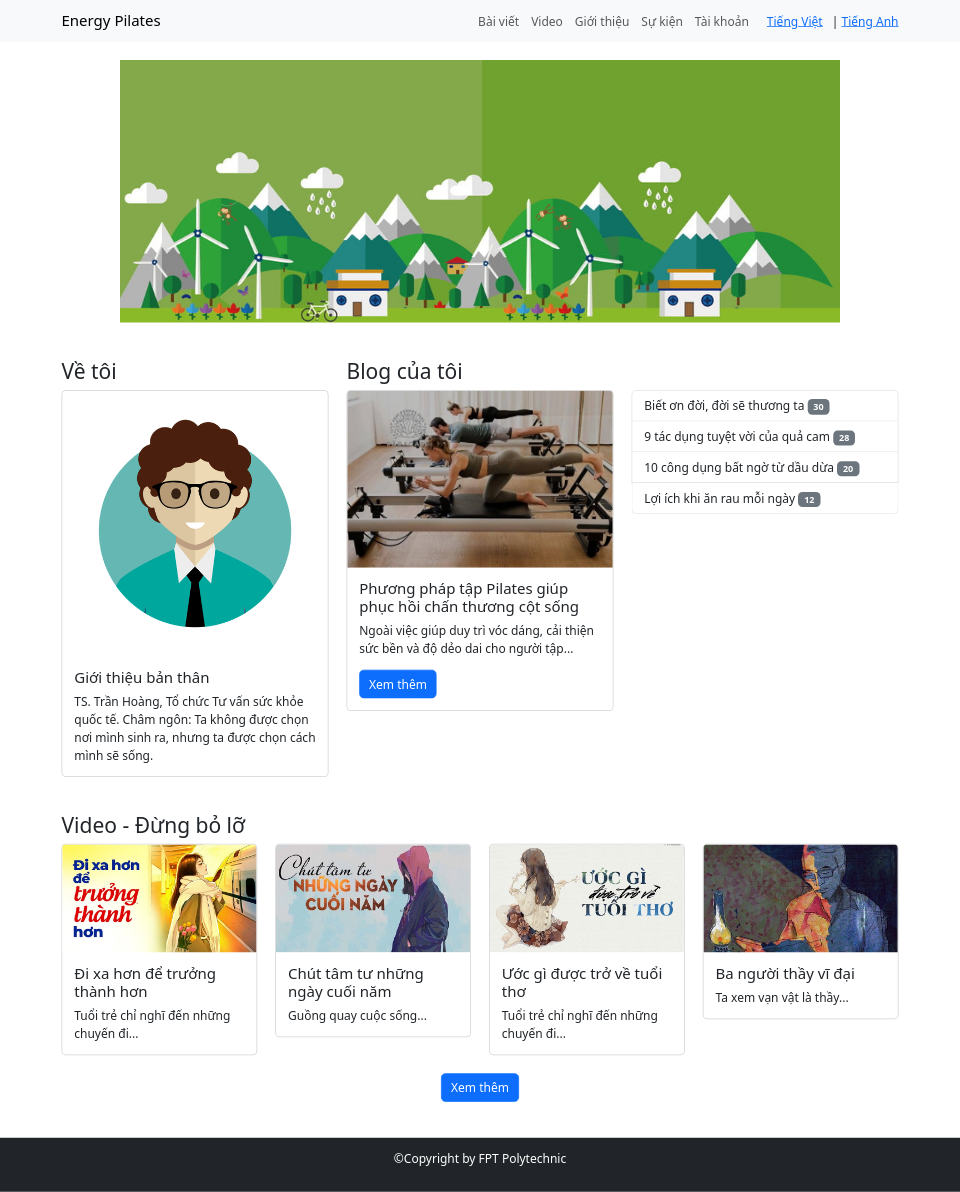
Repository: KizukoHeiwa/SOF308
Page: Lab3/index.html
The author's editor kept a copy of each file at every save. The page is drawn from the files as they stood at one save, then again after the next save.
The browser window is 1280 px wide. The pictures show the whole page, at 75% of full size.

Above is the page before, as saved 2024-11-07 11:09:17.

### Lab3/index.html
<!DOCTYPE html>
<html lang="en">
<head>
    <meta charset="UTF-8">
    <meta name="viewport" content="width=device-width, initial-scale=1.0">
    <title>FPT Polytechnic</title>
</head>
<link href="https://cdn.jsdelivr.net/npm/bootstrap@5.3.3/dist/css/bootstrap.min.css" rel="stylesheet">
<link rel="stylesheet" href="https://cdnjs.cloudflare.com/ajax/libs/font-awesome/6.0.0-beta3/css/all.min.css">
<script src="https://cdn.jsdelivr.net/npm/bootstrap@5.3.3/dist/js/bootstrap.bundle.min.js"></script>
<body>

    <!-- Navbar -->
    <nav class="navbar navbar-expand-lg navbar-light bg-light">
      <div class="container">
        <a class="navbar-brand" href="#">Energy Pilates</a>
        <button class="navbar-toggler" type="button" data-bs-toggle="collapse" data-bs-target="#navbarNav" aria-controls="navbarNav" aria-expanded="false" aria-label="Toggle navigation">
          <span class="navbar-toggler-icon"></span>
        </button>
        <div class="collapse navbar-collapse" id="navbarNav">
          <ul class="navbar-nav ms-auto">
            <li class="nav-item"><a class="nav-link" href="#">Bài viết</a></li>
            <li class="nav-item"><a class="nav-link" href="#">Video</a></li>
            <li class="nav-item"><a class="nav-link" href="#">Giới thiệu</a></li>
            <li class="nav-item"><a class="nav-link" href="#">Sự kiện</a></li>
            <li class="nav-item"><a class="nav-link" href="#">Tài khoản</a></li>
          </ul>
          <div class="ms-3">
            <a href="#" class="me-2">Tiếng Việt</a> | <a href="#">Tiếng Anh</a>
          </div>
        </div>
      </div>
    </nav>

    <!-- Banner -->
    <div class="container mt-4">
      <div class="row">
        <div class="col text-center">
          <img src="images/banner1.jpg" alt="Banner" class="img-fluid" style="max-height: 400px;">
        </div>
      </div>
    </div>

    <!-- About and Blog Section -->
    <div class="container my-5">
      <div class="row">
        <div class="col-md-4">
          <h3>Về tôi</h3>
          <div class="card">
            <img src="images/avatar.png" class="card-img-top" alt="Giới thiệu bản thân">
            <div class="card-body">
              <h5 class="card-title">Giới thiệu bản thân</h5>
              <p class="card-text">TS. Trần Hoàng, Tổ chức Tư vấn sức khỏe quốc tế. Châm ngôn: Ta không được chọn nơi mình sinh ra, nhưng ta được chọn cách mình sẽ sống.</p>
            </div>
          </div>
        </div>

        <div class="col-md-8">
          <h3>Blog của tôi</h3>
          <div class="row">
            <div class="col-md-6">
              <div class="card mb-3">
                <img src="images/tap-piltes.jpg" class="card-img-top" alt="Blog">
                <div class="card-body">
                  <h5 class="card-title">Phương pháp tập Pilates giúp phục hồi chấn thương cột sống</h5>
                  <p class="card-text">Ngoài việc giúp duy trì vóc dáng, cải thiện sức bền và độ dẻo dai cho người tập...</p>
                  <a href="#" class="btn btn-primary">Xem thêm</a>
                </div>
              </div>
            </div>
            <div class="col-md-6">
              <ul class="list-group">
                <li class="list-group-item">Biết ơn đời, đời sẽ thương ta <span class="badge bg-secondary">30</span></li>
                <li class="list-group-item">9 tác dụng tuyệt vời của quả cam <span class="badge bg-secondary">28</span></li>
                <li class="list-group-item">10 công dụng bất ngờ từ dầu dừa <span class="badge bg-secondary">20</span></li>
                <li class="list-group-item">Lợi ích khi ăn rau mỗi ngày <span class="badge bg-secondary">12</span></li>
              </ul>
            </div>
          </div>
        </div>
      </div>
    </div>

    <!-- Video Section -->
    <div class="container my-5">
      <h3>Video - Đừng bỏ lỡ</h3>
      <div class="row">
        <div class="col-md-3">
          <div class="card">
            <img src="images/video1.jpg" class="card-img-top" alt="Video 1">
            <div class="card-body">
              <h5 class="card-title">Đi xa hơn để trưởng thành hơn</h5>
              <p class="card-text">Tuổi trẻ chỉ nghĩ đến những chuyến đi...</p>
            </div>
          </div>
        </div>
        <div class="col-md-3">
          <div class="card">
            <img src="images/video2.jpg" class="card-img-top" alt="Video 2">
            <div class="card-body">
              <h5 class="card-title">Chút tâm tư những ngày cuối năm</h5>
              <p class="card-text">Guồng quay cuộc sống...</p>
            </div>
          </div>
        </div>
        <div class="col-md-3">
          <div class="card">
            <img src="images/video3.jpg" class="card-img-top" alt="Video 3">
            <div class="card-body">
              <h5 class="card-title">Ước gì được trở về tuổi thơ</h5>
              <p class="card-text">Tuổi trẻ chỉ nghĩ đến những chuyến đi...</p>
            </div>
          </div>
        </div>
        <div class="col-md-3">
          <div class="card">
            <img src="images/video4.jpg" class="card-img-top" alt="Video 4">
            <div class="card-body">
              <h5 class="card-title">Ba người thầy vĩ đại</h5>
              <p class="card-text">Ta xem vạn vật là thầy...</p>
            </div>
          </div>
        </div>
      </div>
      <div class="text-center mt-4">
        <a href="#" class="btn btn-primary">Xem thêm</a>
      </div>
    </div>

    <!-- Footer -->
    <footer class="bg-dark text-white text-center py-3">
      <div class="container">
        <p>&copy;Copyright by FPT Polytechnic</p>
      </div>
    </footer>

    <script src="https://cdn.jsdelivr.net/npm/bootstrap@5.0.2/dist/js/bootstrap.bundle.min.js"></script>
    </body>
</html>

After the next save:
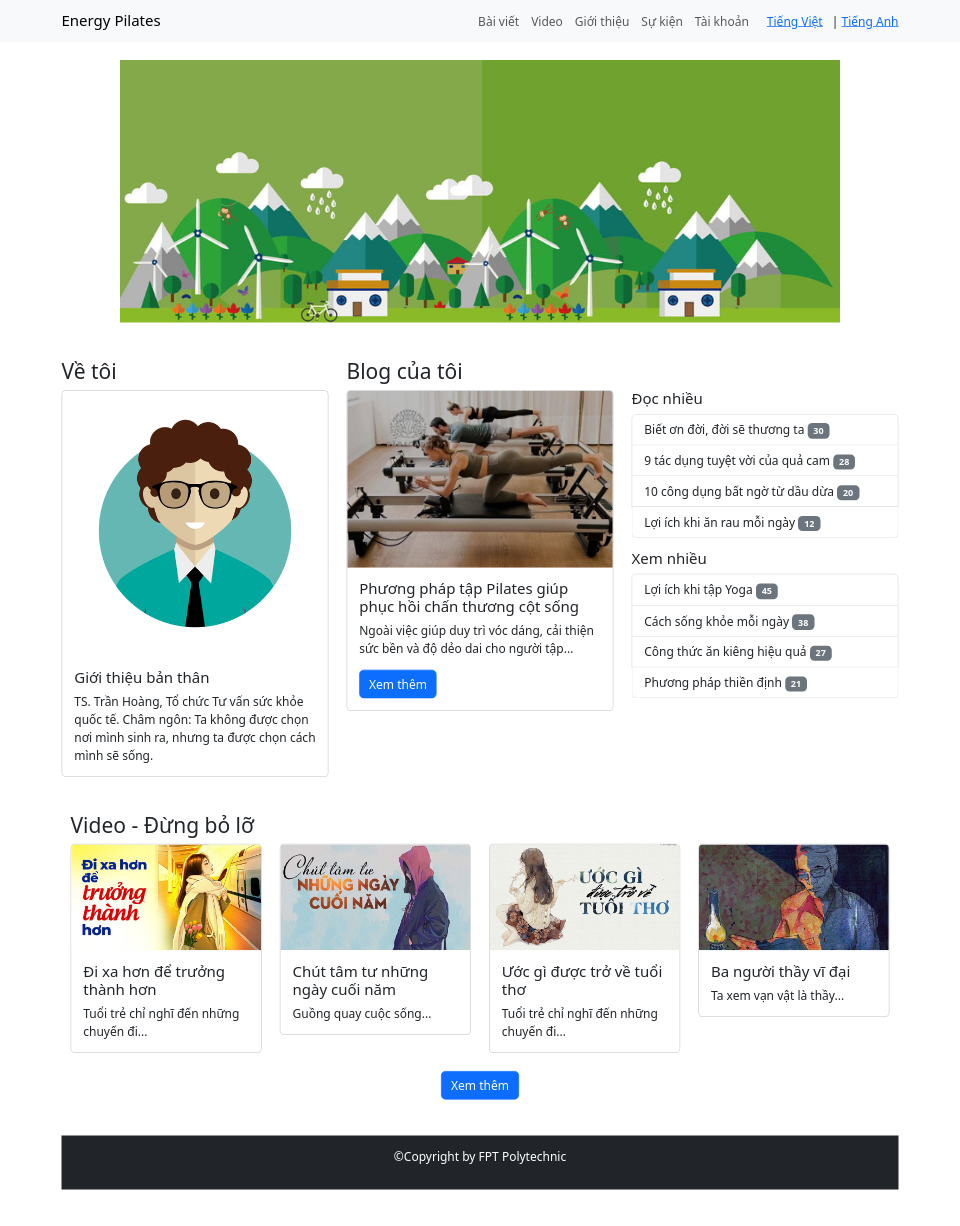
Saved 2 min 18 s later.
--- a/Lab3/index.html
+++ b/Lab3/index.html
@@ -69,13 +69,22 @@
               </div>
             </div>
             <div class="col-md-6">
-              <ul class="list-group">
-                <li class="list-group-item">Biết ơn đời, đời sẽ thương ta <span class="badge bg-secondary">30</span></li>
-                <li class="list-group-item">9 tác dụng tuyệt vời của quả cam <span class="badge bg-secondary">28</span></li>
-                <li class="list-group-item">10 công dụng bất ngờ từ dầu dừa <span class="badge bg-secondary">20</span></li>
-                <li class="list-group-item">Lợi ích khi ăn rau mỗi ngày <span class="badge bg-secondary">12</span></li>
-              </ul>
-            </div>
+                <div>
+                  <h5>Đọc nhiều</h5>
+                  <ul class="list-group mb-3">
+                    <li class="list-group-item">Biết ơn đời, đời sẽ thương ta <span class="badge bg-secondary">30</span></li>
+                    <li class="list-group-item">9 tác dụng tuyệt vời của quả cam <span class="badge bg-secondary">28</span></li>
+                    <li class="list-group-item">10 công dụng bất ngờ từ dầu dừa <span class="badge bg-secondary">20</span></li>
+                    <li class="list-group-item">Lợi ích khi ăn rau mỗi ngày <span class="badge bg-secondary">12</span></li>
+                  </ul>
+                  <h5>Xem nhiều</h5>
+                  <ul class="list-group">
+                    <li class="list-group-item">Lợi ích khi tập Yoga <span class="badge bg-secondary">45</span></li>
+                    <li class="list-group-item">Cách sống khỏe mỗi ngày <span class="badge bg-secondary">38</span></li>
+                    <li class="list-group-item">Công thức ăn kiêng hiệu quả <span class="badge bg-secondary">27</span></li>
+                    <li class="list-group-item">Phương pháp thiền định <span class="badge bg-secondary">21</span></li>
+                  </ul>
+                </div>
           </div>
         </div>
       </div>

After the save that followed:
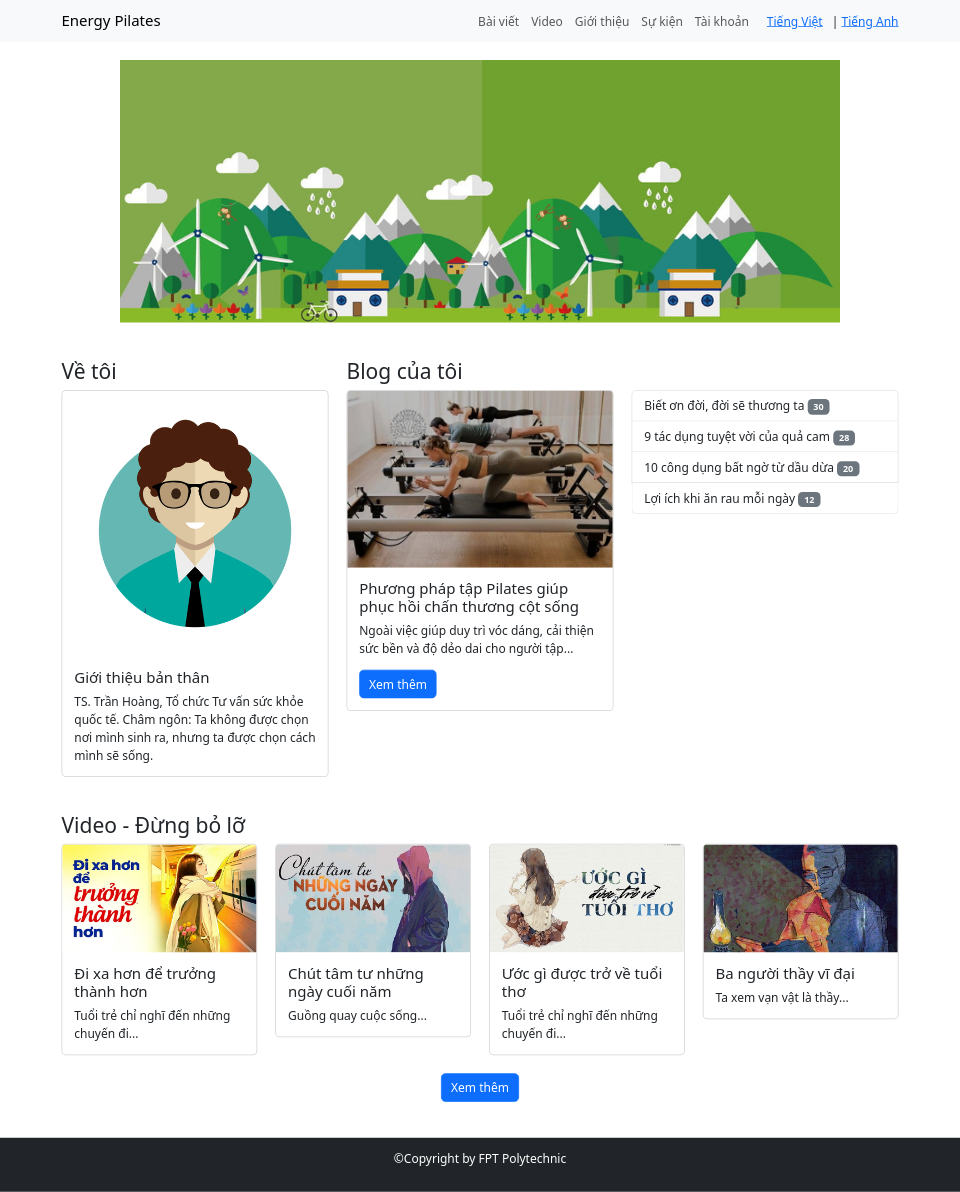
Saved 9 s later.
--- a/Lab3/index.html
+++ b/Lab3/index.html
@@ -69,22 +69,13 @@
               </div>
             </div>
             <div class="col-md-6">
-                <div>
-                  <h5>Đọc nhiều</h5>
-                  <ul class="list-group mb-3">
-                    <li class="list-group-item">Biết ơn đời, đời sẽ thương ta <span class="badge bg-secondary">30</span></li>
-                    <li class="list-group-item">9 tác dụng tuyệt vời của quả cam <span class="badge bg-secondary">28</span></li>
-                    <li class="list-group-item">10 công dụng bất ngờ từ dầu dừa <span class="badge bg-secondary">20</span></li>
-                    <li class="list-group-item">Lợi ích khi ăn rau mỗi ngày <span class="badge bg-secondary">12</span></li>
-                  </ul>
-                  <h5>Xem nhiều</h5>
-                  <ul class="list-group">
-                    <li class="list-group-item">Lợi ích khi tập Yoga <span class="badge bg-secondary">45</span></li>
-                    <li class="list-group-item">Cách sống khỏe mỗi ngày <span class="badge bg-secondary">38</span></li>
-                    <li class="list-group-item">Công thức ăn kiêng hiệu quả <span class="badge bg-secondary">27</span></li>
-                    <li class="list-group-item">Phương pháp thiền định <span class="badge bg-secondary">21</span></li>
-                  </ul>
-                </div>
+              <ul class="list-group">
+                <li class="list-group-item">Biết ơn đời, đời sẽ thương ta <span class="badge bg-secondary">30</span></li>
+                <li class="list-group-item">9 tác dụng tuyệt vời của quả cam <span class="badge bg-secondary">28</span></li>
+                <li class="list-group-item">10 công dụng bất ngờ từ dầu dừa <span class="badge bg-secondary">20</span></li>
+                <li class="list-group-item">Lợi ích khi ăn rau mỗi ngày <span class="badge bg-secondary">12</span></li>
+              </ul>
+            </div>
           </div>
         </div>
       </div>
